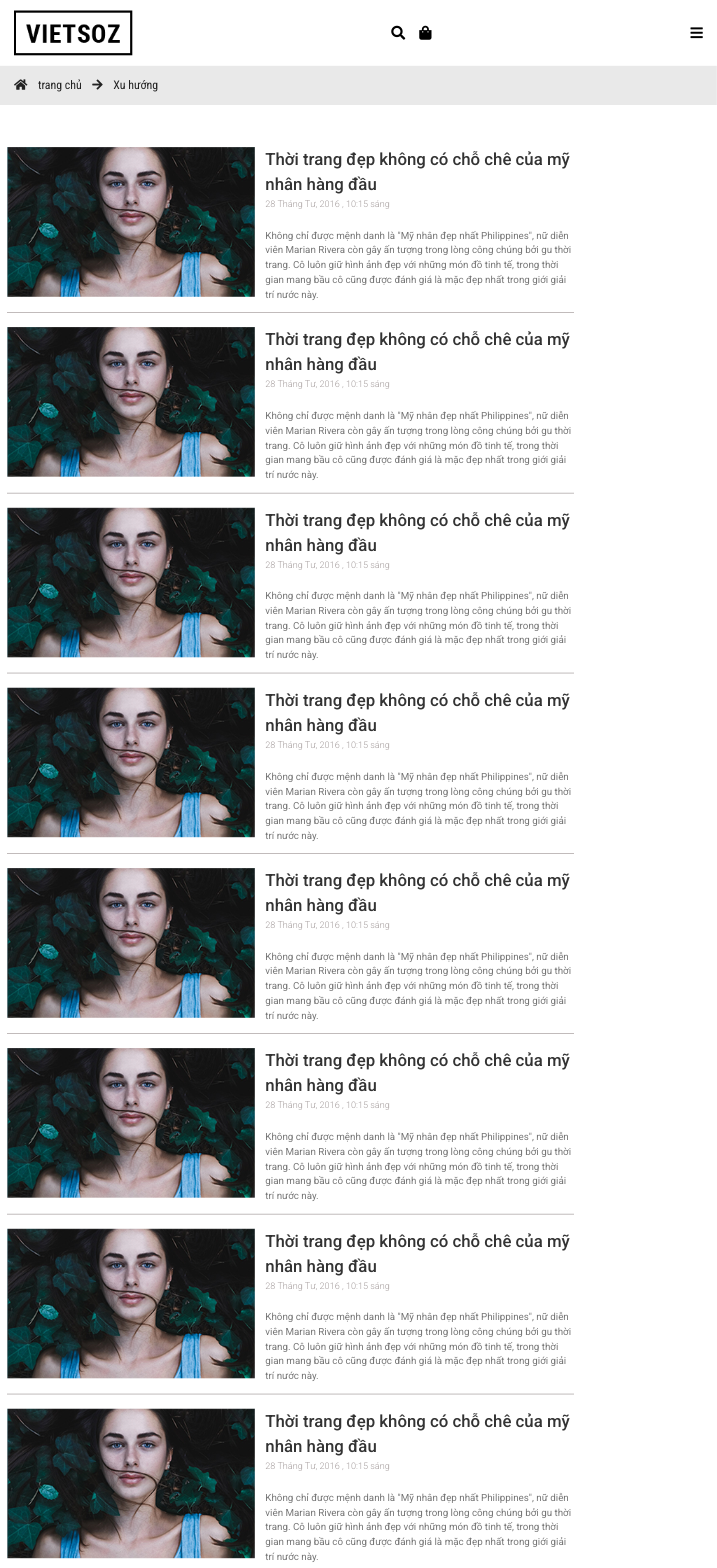
Repository: vinhtk0209/Vietsoz-reponsive
Page: index.html
The author's editor kept a copy of each file at every save. The page is drawn from the files as they stood at one save, then again after the next save.
The browser window is 1024 px wide. The pictures show the part of the page from y = 0 to 2240 px (the page is 3460 px tall before and 2488 px after), at 70% of full size.

Above is the page before, as saved 2021-10-23 18:10:31.

After the next save:
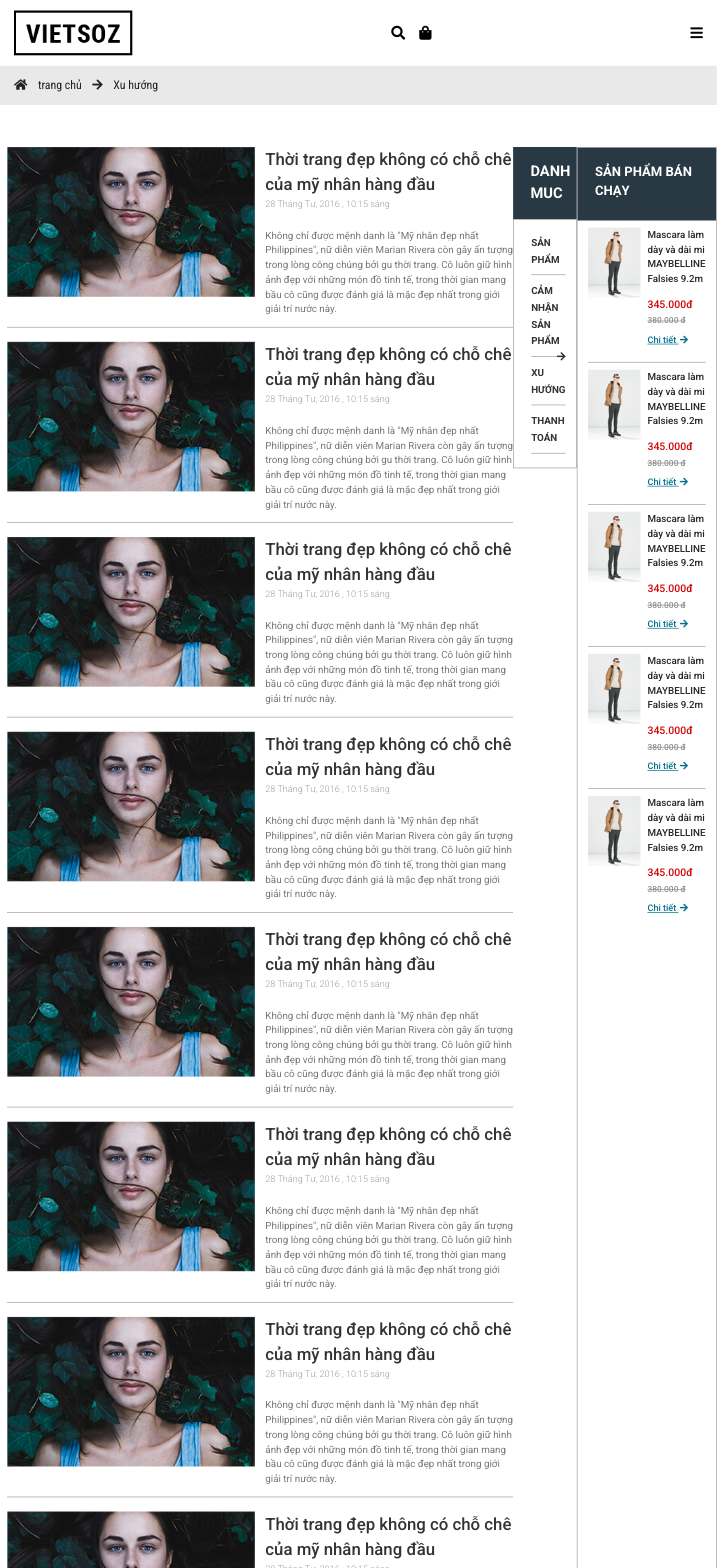
Saved 44 s later.
--- a/assets/css/reponsive.css
+++ b/assets/css/reponsive.css
@@ -1,7 +1,7 @@
 @media screen and (max-width: 1180px) {
-    #content .box-content {
+    /* #content .box-content {
         flex-direction: column;
-    }
+    } */
     .wp-content-news{
         margin-bottom: 20px;
     }

After the save that followed:
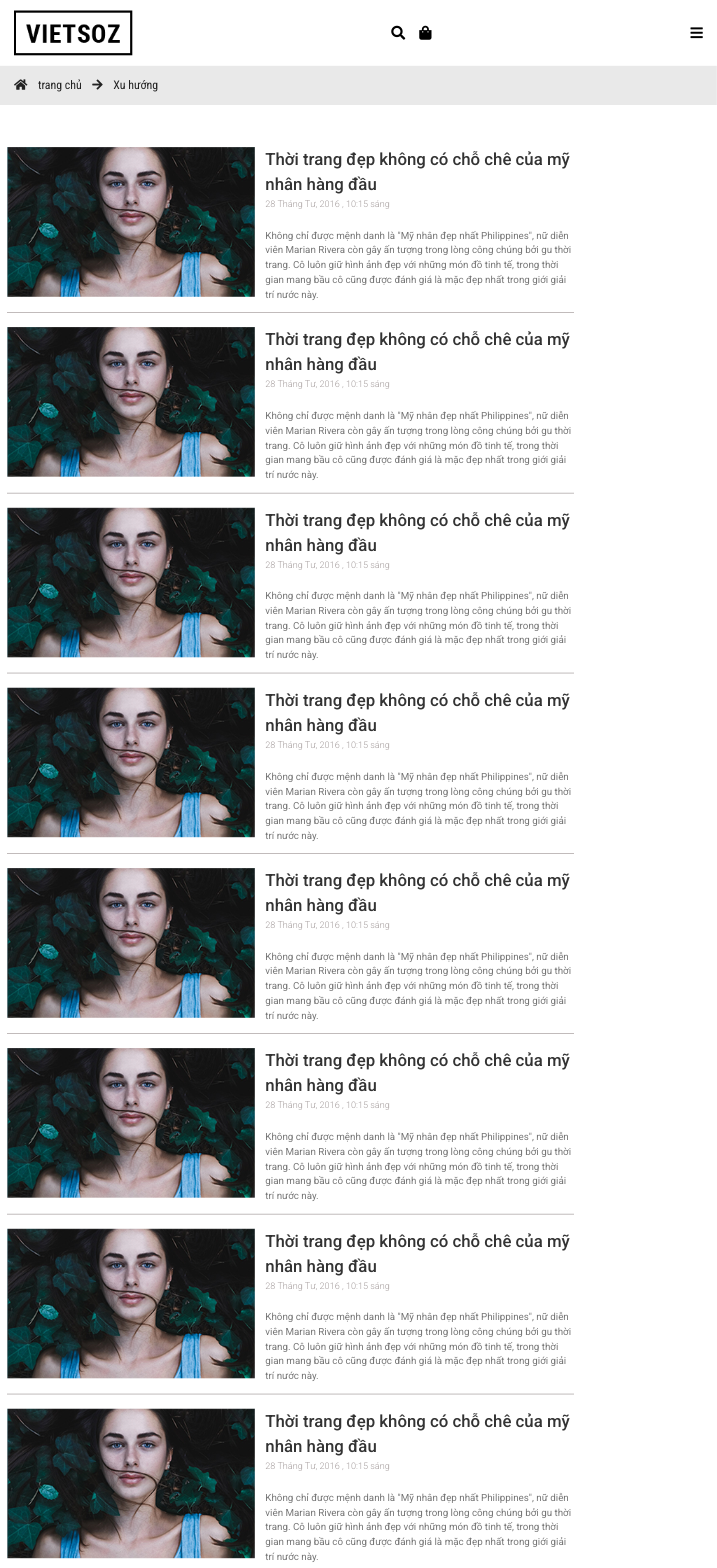
Saved 5 s later.
--- a/assets/css/reponsive.css
+++ b/assets/css/reponsive.css
@@ -1,7 +1,7 @@
 @media screen and (max-width: 1180px) {
-    /* #content .box-content {
+    #content .box-content {
         flex-direction: column;
-    } */
+    }
     .wp-content-news{
         margin-bottom: 20px;
     }
